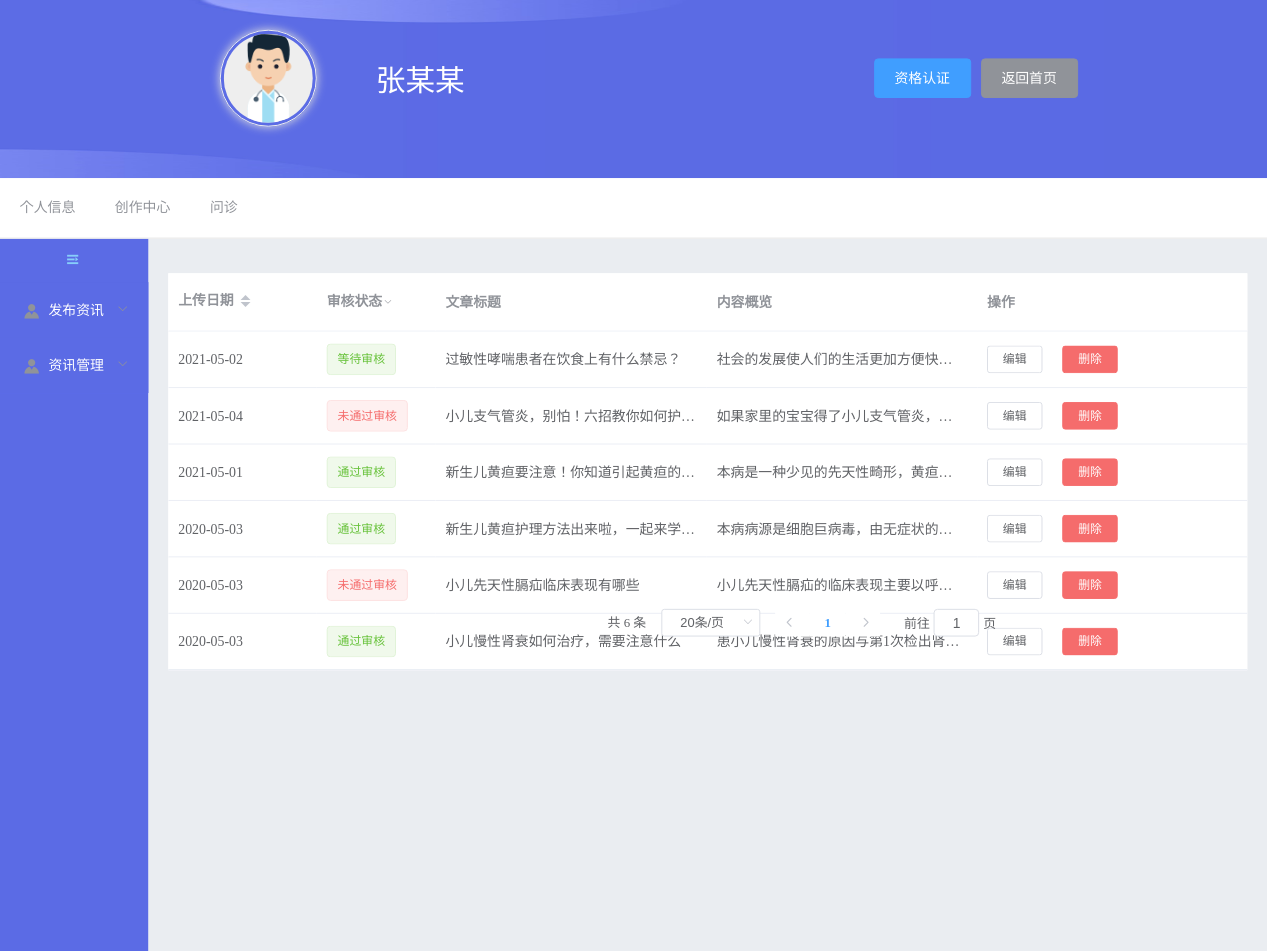
Repository: DiscreteL/SOA_Front
Page: /#/manageVideo
The author's editor kept a copy of each file at every save. The page is drawn from the files as they stood at one save, then again after the next save.
The browser window is 1280 px wide. The pictures show the whole page, at 99% of full size.
The project was rebuilt for these pictures with package versions that can differ from the ones it lists, and the page was loaded fresh each time. Also part of the build but not shown: vue.config.js, src/components/navigation.vue, src/components/dialog.vue, src/views/news.vue, src/components/announcement.vue, src/components/patientKnow.vue, src/views/Home.vue, src/views/login.vue and 15 more.

Above is the page before, as saved 2021-11-29 16:00:07.

After the next save:
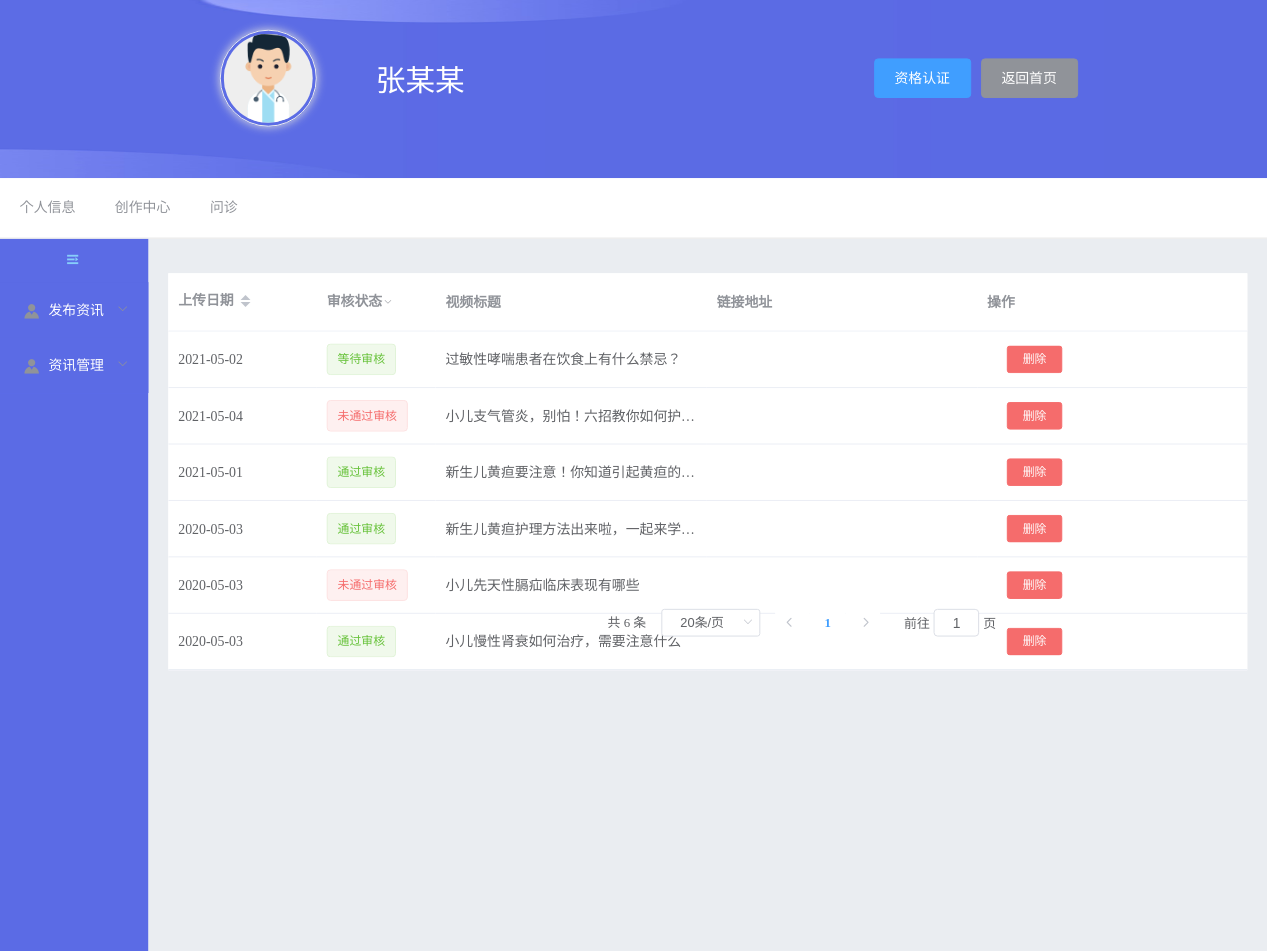
Saved 3 min 35 s later.
--- a/src/views/doctor/message/manageVideo.vue
+++ b/src/views/doctor/message/manageVideo.vue
@@ -39,38 +39,17 @@
         </el-table-column>
         <el-table-column
           prop="title"
-          label="文章标题"
+          label="视频标题"
           :show-overflow-tooltip="true"
         >
         </el-table-column>
         <el-table-column
-          prop="content"
-          label="内容概览"
+          label="链接地址"
           :show-overflow-tooltip="true"
         >
+        <el-link prop="content"></el-link>
         </el-table-column>
         <el-table-column label="操作">
-          <el-button size="mini" @click="dialogTableVisible = true"
-            >编辑</el-button
-          >
-          <el-dialog title="编辑文章内容" :visible.sync="dialogTableVisible">
-            <el-form ref="formArticle" :model="formArticle" label-width="80px">
-              <el-form-item label="文章标题" required>
-                <el-input v-model="formArticle.title"></el-input>
-              </el-form-item>
-              <el-form-item label="文章内容" required>
-                <el-input
-                  type="textarea"
-                  :rows="10"
-                  v-model="formArticle.content"
-                ></el-input>
-              </el-form-item>
-              <el-form-item>
-                <el-button type="primary" @click="onSubmit">提交编辑</el-button>
-                <el-button type="primary" @click="clear">清空</el-button>
-              </el-form-item>
-            </el-form>
-          </el-dialog>
           <el-button
             size="mini"
             type="danger"
